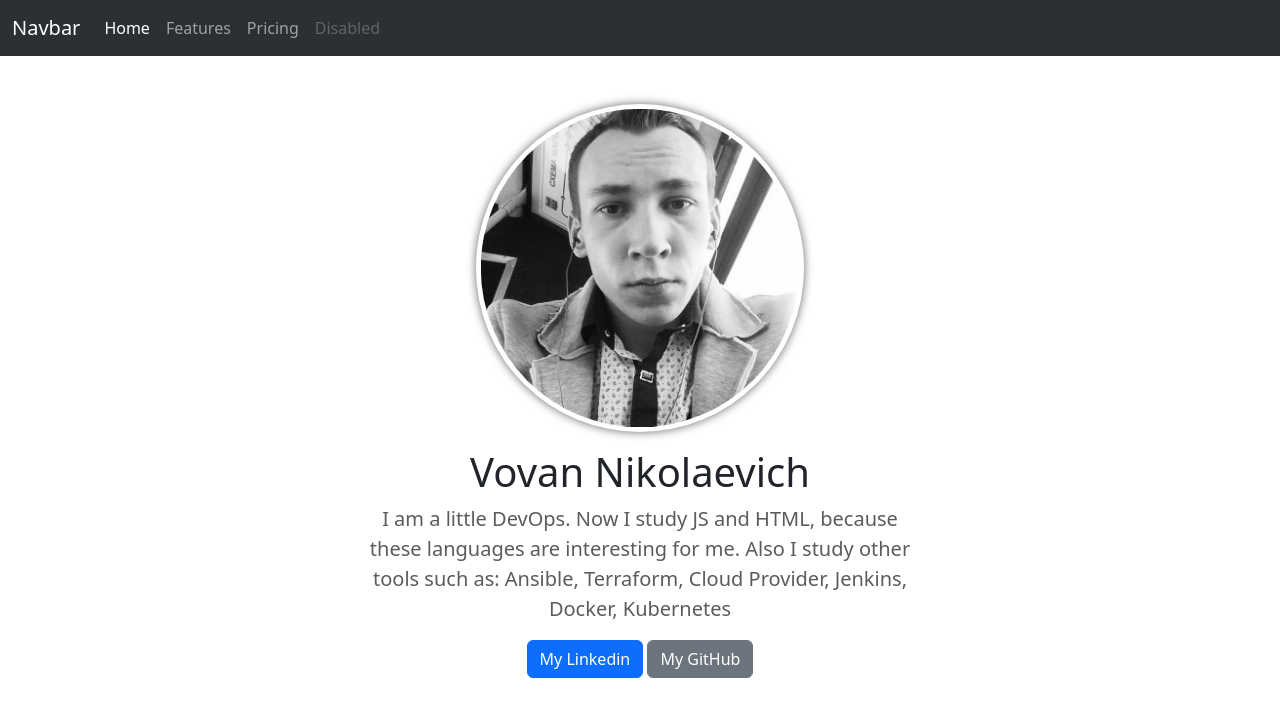
Repository: vovanbl411/mini-web-site
Page: index.html
These files come from the project's save history. The page is drawn as it stood at one moment and after the next save; the edit follows.
The browser window is 1280 px wide. The pictures show the whole page.

Above is the page before, as saved 2023-01-22 00:28:24.

After the next save:
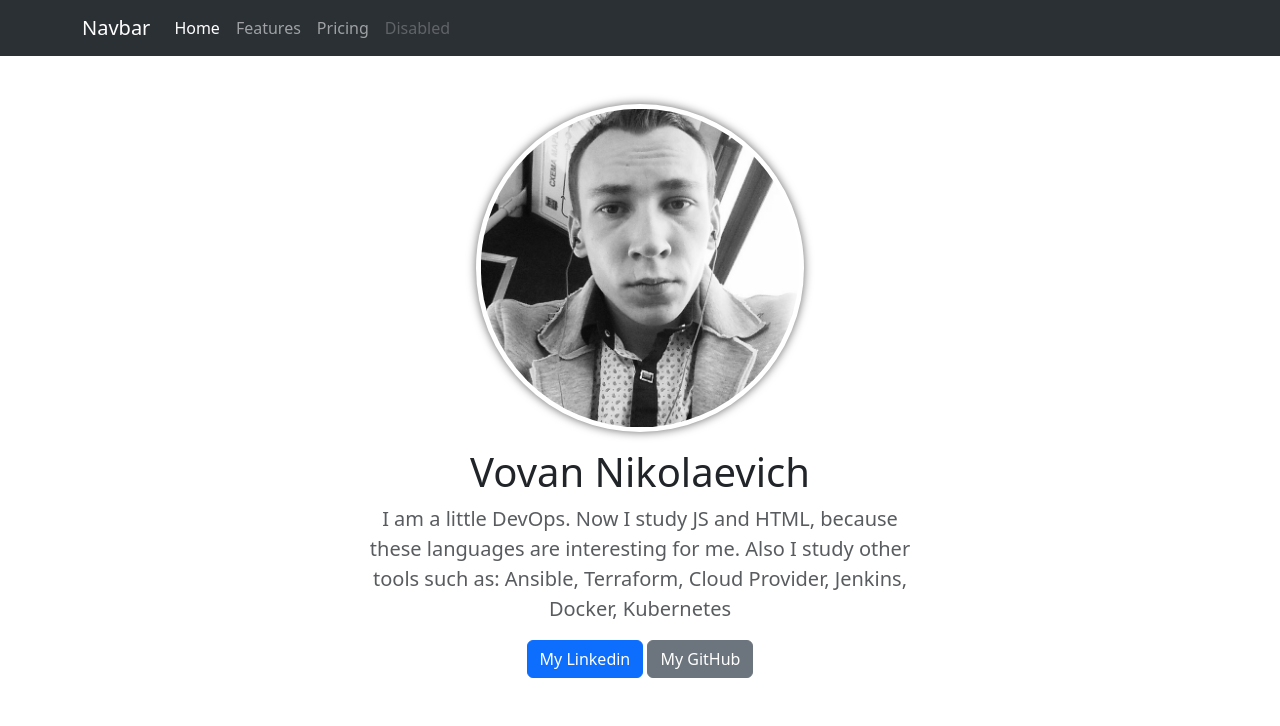
Saved 5 min 19 s later.
--- a/index.html
+++ b/index.html
@@ -22,7 +22,7 @@
   </head>
   <body>
     <nav class="navbar navbar-expand-lg bg-body-tertiary" data-bs-theme="dark">
-      <div class="container-fluid">
+      <div class="container">
         <a class="navbar-brand" href="#">Navbar</a>
         <button
           class="navbar-toggler"
